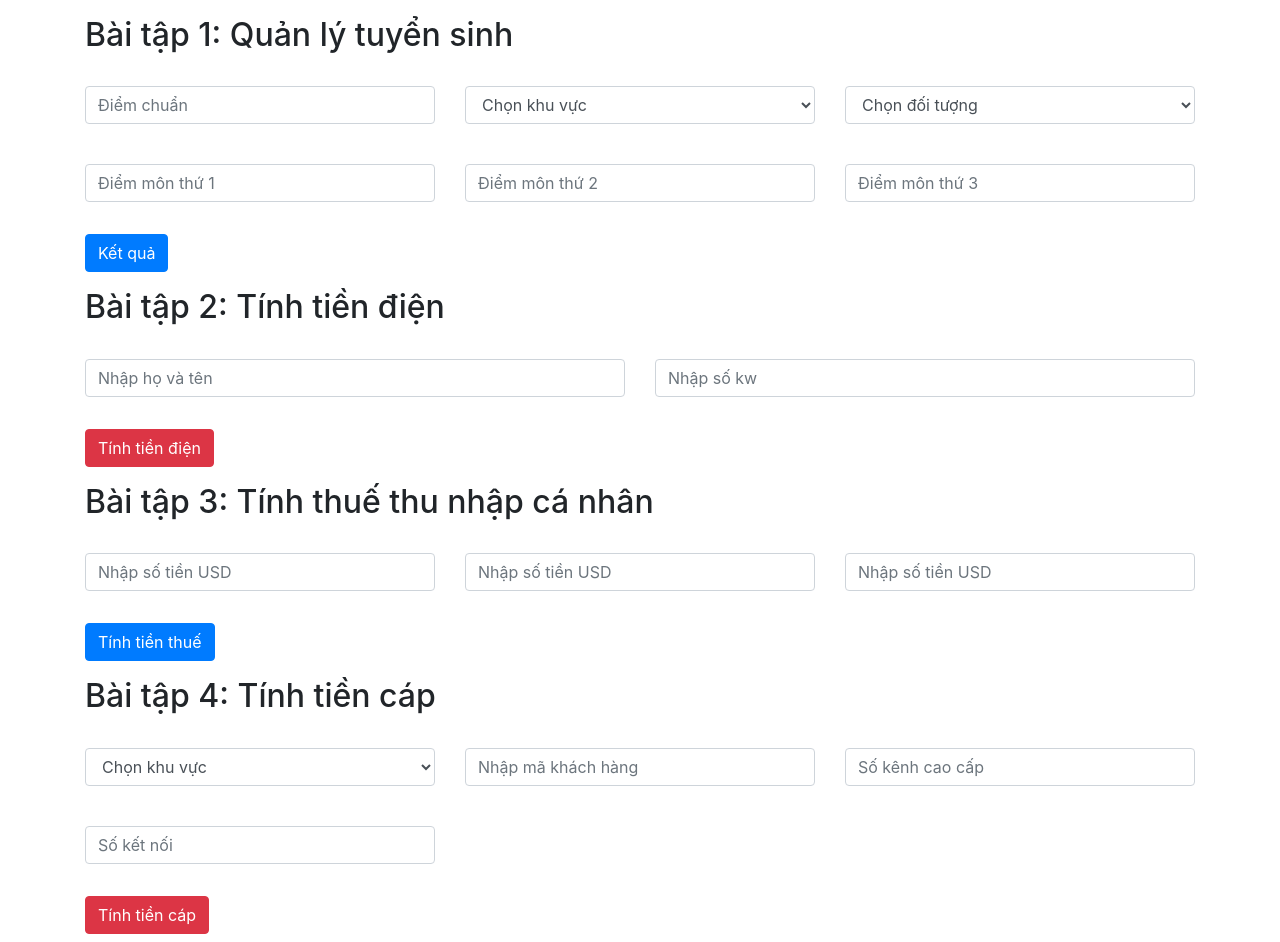
Repository: thanhfrankie/BC10-LeMinhThanh-Js-b5
Page: index.html
The author's editor kept a copy of each file at every save. The page is drawn from the files as they stood at one save, then again after a run of saves.
The browser window is 1280 px wide. The pictures show the whole page.

Above is the page before, as saved 2023-12-24 01:25:30.

### index.html
<!DOCTYPE html>
<html lang="en">
  <head>
    <title>Title</title>
    <!-- Required meta tags -->
    <meta charset="utf-8" />
    <meta
      name="viewport"
      content="width=device-width, initial-scale=1, shrink-to-fit=no"
    />

    <!-- Bootstrap CSS -->
    <link
      rel="stylesheet"
      href="https://stackpath.bootstrapcdn.com/bootstrap/4.3.1/css/bootstrap.min.css"
      integrity="sha384-ggOyR0iXCbMQv3Xipma34MD+dH/1fQ784/j6cY/iJTQUOhcWr7x9JvoRxT2MZw1T"
      crossorigin="anonymous"
    />
  </head>
  <body>
    <!-- Bài tập 1 -->
    <div class="container">
      <h2 class="mt-3">Bài tập 1: Quản lý tuyển sinh</h2>
      <div class="row">
        <div class="col-sm-4">
          <div class="form-group">
            <label for="diem-chuan"></label>
            <input
              type="number"
              class="form-control"
              name=""
              id="diem-chuan"
              aria-describedby="helpId"
              placeholder="Điểm chuẩn"
              required
            />
          </div>
        </div>
        <div class="col-sm-4">
          <div class="form-group">
            <label for="khu-vuc"></label>
            <select class="form-control" id="khu-vuc">
              <option selected>Chọn khu vực</option>
              <option>A</option>
              <option>B</option>
              <option>C</option>
            </select>
          </div>
        </div>
        <div class="col-sm-4">
          <div class="form-group">
            <label for="doi-tuong"></label>
            <select class="form-control" id="doi-tuong">
              <option selected>Chọn đối tượng</option>
              <option>1</option>
              <option>2</option>
              <option>3</option>
            </select>
          </div>
        </div>
      </div>
      <div class="row">
        <div class="col-sm-4">
          <div class="form-group">
            <label for="diem-mon-thu-1"></label>
            <input
              type="number"
              class="form-control"
              name=""
              id="diem-mon-thu-1"
              aria-describedby="helpId"
              placeholder="Điểm môn thứ 1"
              required
            />
          </div>
        </div>
        <div class="col-sm-4">
          <div class="form-group">
            <label for="diem-mon-thu-2"></label>
            <input
              type="number"
              class="form-control"
              name=""
              id="diem-mon-thu-2"
              aria-describedby="helpId"
              placeholder="Điểm môn thứ 2"
              required
            />
          </div>
        </div>
        <div class="col-sm-4">
          <div class="form-group">
            <label for="diem-mon-thu-3"></label>
            <input
              type="number"
              class="form-control"
              name=""
              id="diem-mon-thu-3"
              aria-describedby="helpId"
              placeholder="Điểm môn thứ 3"
              required
            />
          </div>
        </div>
      </div>
      <button
        type="button"
        onclick="tuyenSinh()"
        class="btn btn-primary mt-3"
        id="ket-qua-tuyen-sinh"
      >
        Kết quả
      </button>
      <h3 id="ket-qua-cuoi-cung" class="text-success"></h3>
    </div>
    <!-- Bài tập 2 -->
    <div class="container">
      <h2 class="mt-3">Bài tập 2: Tính tiền điện</h2>
      <div class="row">
        <div class="col-sm-6">
          <div class="form-group">
            <label for="ho-ten"></label>
            <input
              type="text"
              class="form-control"
              name=""
              id="ho-ten"
              aria-describedby="helpId"
              placeholder="Nhập họ và tên"
              required
            />
          </div>
        </div>
        <div class="col-sm-6">
          <div class="form-group">
            <label for="so-kw"></label>
            <input
              type="number"
              class="form-control"
              name=""
              id="so-kw"
              aria-describedby="helpId"
              placeholder="Nhập số kw"
              required
            />
          </div>
        </div>
      </div>
      <button type="button" onclick="tinhTienDien()" class="btn btn-danger mt-3">
        Tính tiền điện
      </button>

      <h3 id="thong-tin-hoa-don" class="text-success"></h3>
    </div>
    <!-- Bài tập 3-->
    <div class="container">
      <h2 class="mt-3">Bài tập 3: Tính thuế thu nhập cá nhân</h2>
      <div class="row">
        <div class="col-sm-4">
          <div class="form-group">
            <label for="so-luong-USD"></label>
            <input
              type="text"
              class="form-control"
              name=""
              id="so-luong-USD"
              aria-describedby="helpId"
              placeholder="Nhập số tiền USD"
              required
            />
          </div>
        </div>
        <div class="col-sm-4">
          <div class="form-group">
            <label for="so-luong-USD"></label>
            <input
              type="number"
              class="form-control"
              name=""
              id="so-luong-USD"
              aria-describedby="helpId"
              placeholder="Nhập số tiền USD"
              required
            />
          </div>
        </div>
        <div class="col-sm-4">
          <div class="form-group">
            <label for="so-luong-USD"></label>
            <input
              type="number"
              class="form-control"
              name=""
              id="so-luong-USD"
              aria-describedby="helpId"
              placeholder="Nhập số tiền USD"
              required
            />
          </div>
        </div>
      </div>
      <button type="button" onclick="quyDoiTien()" class="btn btn-primary mt-3">
        Tính tiền thuế
      </button>
      <h3 id="so-luong-VND" class="text-success"></h3>
    </div>
    <!-- Bài tập 4-->
    <div class="container">
      <h2 class="mt-3">Bài tập 4: Tính tiền cáp</h2>
      <div class="row">
        <div class="col-sm-4">
          <div class="form-group">
            <label for="khu-vuc"></label>
            <select class="form-control" id="khu-vuc">
              <option selected>Chọn khu vực</option>
              <option>Nhà Dân</option>
              <option>Doanh Nghiệp</option>
            </select>
          </div>
        </div>
        <div class="col-sm-4">
          <div class="form-group">
            <label for="ma-khach-hang"></label>
            <input
              type="text"
              class="form-control"
              name=""
              id="ma-khach-hang"
              aria-describedby="helpId"
              placeholder="Nhập mã khách hàng"
              required
            />
          </div>
        </div>
        <div class="col-sm-4">
          <div class="form-group">
            <label for="kenh-cao-cap"></label>
            <input
              type="number"
              class="form-control"
              name=""
              id="kenh-cao-cap"
              aria-describedby="helpId"
              placeholder="Số kênh cao cấp"
              required
            />
          </div>
        </div>
        <div class="col-sm-4">
          <div class="form-group">
            <label for="so-ket-noi"></label>
            <input
              type="number"
              class="form-control"
              name=""
              id="so-ket-noi"
              aria-describedby="helpId"
              placeholder="Số kết nối"
              required
            />
          </div>
        </div>
      </div>
      <button type="button" onclick="quyDoiTien()" class="btn btn-danger mt-3">
        Tính tiền cáp
      </button>

      <h3 id="so-luong-VND" class="text-success"></h3>
    </div>

    <!-- Optional JavaScript -->
    <!-- jQuery first, then Popper.js, then Bootstrap JS -->
    <script
      src="https://code.jquery.com/jquery-3.3.1.slim.min.js"
      integrity="sha384-q8i/X+965DzO0rT7abK41JStQIAqVgRVzpbzo5smXKp4YfRvH+8abtTE1Pi6jizo"
      crossorigin="anonymous"
    ></script>
    <script
      src="https://cdnjs.cloudflare.com/ajax/libs/popper.js/1.14.7/umd/popper.min.js"
      integrity="sha384-UO2eT0CpHqdSJQ6hJty5KVphtPhzWj9WO1clHTMGa3JDZwrnQq4sF86dIHNDz0W1"
      crossorigin="anonymous"
    ></script>
    <script
      src="https://stackpath.bootstrapcdn.com/bootstrap/4.3.1/js/bootstrap.min.js"
      integrity="sha384-JjSmVgyd0p3pXB1rRibZUAYoIIy6OrQ6VrjIEaFf/nJGzIxFDsf4x0xIM+B07jRM"
      crossorigin="anonymous"
    ></script>
    <script src="./index.js"></script>
  </body>
</html>

### index.js
// Bài tập 1
/**
 * B1: tạo biến, lấy giá trị từ input
 * B2: Xét các trường hợp
 * + nếu có môn điểm 0 => rớt
 * + chọn điểm chuẩn: ví dụ: 25
 * + tính điểm ưu tiên
 * + tính điểm tổng kết = tổng 3 môn thi + điểm ưu tiên
 * + so sánh điểm tổng kết và điểm chuẩn để kết luận đậu hay rớt
 * + gán sự kiện cho button
 * B3: hiển thị kết quả
 */
function tuyenSinh() {
  var diemChuan = document.getElementById("diem-chuan").value * 1;
  var diemMon1 = document.getElementById("diem-mon-thu-1").value * 1;
  var diemMon2 = document.getElementById("diem-mon-thu-2").value * 1;
  var diemMon3 = document.getElementById("diem-mon-thu-3").value * 1;
  var tongDiem3Mon = diemMon1 + diemMon2 + diemMon3;
  var khuVucA = 2;
  var khuVucB = 1;
  var khuVucC = 0.5;
  var doiTuong1 = 2.5;
  var doiTuong2 = 1.5;
  var doiTuong3 = 1;
  var isKhuVucUuTien = true;
  var isDoiTuongUuTien = true;
  var diemKhuVuc = document.getElementById("khu-vuc").value;
  var diemDoiTuong = document.getElementById("doi-tuong").value * 1;
  var diemUuTien;
  var diemTongKet;
  var ketQua = document.getElementById("ket-qua-cuoi-cung");

  if (diemMon1 || diemMon2 || diemMon3 == 0) {
    ketQua.innerText = `Kết quả: Rớt!!!`;
  }

  if (!isDoiTuongUuTien && !isKhuVucUuTien) {
    diemUuTien === 0;
    diemTongKet = tongDiem3Mon;
    if (diemTongKet < diemChuan) {
      ketQua.innerText = `Kết quả: ${diemTongKet} - Rớt!!!`;
    }
    ketQua.innerText = `Kết quả: ${diemTongKet} - Đậu `;
  }
  if (!isDoiTuongUuTien && isKhuVucUuTien) {
    if (diemKhuVuc == "A") {
      diemKhuVuc = khuVucA;
      diemUuTien = diemKhuVuc;
      diemTongKet = tongDiem3Mon + diemUuTien;
      if (diemTongKet < diemChuan) {
        ketQua.innerText = `Kết quả: ${diemTongKet} - Rớt!!!`;
      }
      ketQua.innerText = `Kết quả: ${diemTongKet} - Đậu `;
    }
    if (diemKhuVuc == "B") {
      diemKhuVuc = khuVucB;
      diemUuTien = diemKhuVuc;
      diemTongKet = tongDiem3Mon + diemUuTien;
      if (diemTongKet < diemChuan) {
        ketQua.innerText = `Kết quả: ${diemTongKet} - Rớt!!!`;
      }
      ketQua.innerText = `Kết quả: ${diemTongKet} - Đậu `;
    }
    if (diemKhuVuc == "C") {
      diemKhuVuc = khuVucC;
      diemUuTien = diemKhuVuc;
      diemTongKet = tongDiem3Mon + diemUuTien;
      if (diemTongKet < diemChuan) {
        ketQua.innerText = `Kết quả: ${diemTongKet} - Rớt!!!`;
      }
      ketQua.innerText = `Kết quả: ${diemTongKet} - Đậu `;
    }
  }
  if (isDoiTuongUuTien && !isKhuVucUuTien) {
    if (diemDoiTuong == "1") {
      diemDoiTuong = doiTuong1;
      diemUuTien = diemDoiTuong;
      diemTongKet = tongDiem3Mon + diemUuTien;
      if (diemTongKet < diemChuan) {
        ketQua.innerText = `Kết quả: ${diemTongKet} - Rớt!!!`;
      }
      ketQua.innerText = `Kết quả: ${diemTongKet} - Đậu `;
    }
    if (diemDoiTuong == "2") {
      diemDoiTuong = doiTuong2;
      diemUuTien = diemDoiTuong;
      diemTongKet = tongDiem3Mon + diemUuTien;
      if (diemTongKet < diemChuan) {
        ketQua.innerText = `Kết quả: ${diemTongKet} - Rớt!!!`;
      }
      ketQua.innerText = `Kết quả: ${diemTongKet} - Đậu `;
    }
    if (diemDoiTuong == "3") {
      diemDoiTuong = doiTuong3;
      diemUuTien = diemDoiTuong;
      diemTongKet = tongDiem3Mon + diemUuTien;
      if (diemTongKet < diemChuan) {
        ketQua.innerText = `Kết quả: ${diemTongKet} - Rớt!!!`;
      }
      ketQua.innerText = `Kết quả: ${diemTongKet} - Đậu `;
    }
  }
  if (isDoiTuongUuTien && isKhuVucUuTien) {
    if (diemDoiTuong == 1 && diemKhuVuc == "A") {
      diemUuTien = doiTuong1 + khuVucA;
      diemTongKet = tongDiem3Mon + diemUuTien;
      if (diemTongKet < diemChuan) {
        ketQua.innerText = `Kết quả: ${diemTongKet} - Rớt!!!`;
      }
      ketQua.innerText = `Kết quả: ${diemTongKet} - Đậu `;
    }
    if (diemDoiTuong == 1 && diemKhuVuc == "B") {
      diemUuTien = doiTuong1 + khuVucB;
      diemTongKet = tongDiem3Mon + diemUuTien;
      if (diemTongKet < diemChuan) {
        ketQua.innerText = `Kết quả: ${diemTongKet} - Rớt!!!`;
      }
      ketQua.innerText = `Kết quả: ${diemTongKet} - Đậu `;
    }
    if (diemDoiTuong == 1 && diemKhuVuc == "C") {
      diemUuTien = doiTuong1 + khuVucC;
      diemTongKet = tongDiem3Mon + diemUuTien;
      if (diemTongKet < diemChuan) {
        ketQua.innerText = `Kết quả: ${diemTongKet} - Rớt!!!`;
      }
      ketQua.innerText = `Kết quả: ${diemTongKet} - Đậu `;
    }
    if (diemDoiTuong == 2 && diemKhuVuc == "A") {
      diemUuTien = doiTuong2 + khuVucA;
      diemTongKet = tongDiem3Mon + diemUuTien;
      if (diemTongKet < diemChuan) {
        ketQua.innerText = `Kết quả: ${diemTongKet} - Rớt!!!`;
      }
      ketQua.innerText = `Kết quả: ${diemTongKet} - Đậu `;
    }
    if (diemDoiTuong == 2 && diemKhuVuc == "B") {
      diemUuTien = doiTuong2 + khuVucB;

      if (diemTongKet < diemChuan) {
        ketQua.innerText = `Kết quả: ${diemTongKet} - Rớt!!!`;
      }
      ketQua.innerText = `Kết quả: ${diemTongKet} - Đậu `;
    }
    if (diemDoiTuong == 2 && diemKhuVuc == "C") {
      diemUuTien = doiTuong2 + khuVucC;
      diemTongKet = tongDiem3Mon + diemUuTien;
      if (diemTongKet < diemChuan) {
        ketQua.innerText = `Kết quả: ${diemTongKet} - Rớt!!!`;
      }
      ketQua.innerText = `Kết quả: ${diemTongKet} - Đậu `;
    }
    if (diemDoiTuong == 3 && diemKhuVuc == "A") {
      diemUuTien = doiTuong2 + khuVucC;
      diemTongKet = tongDiem3Mon + diemUuTien;
      if (diemTongKet < diemChuan) {
        ketQua.innerText = `Kết quả: ${diemTongKet} - Rớt!!!`;
      }
      ketQua.innerText = `Kết quả: ${diemTongKet} - Đậu `;
    }
    if (diemDoiTuong == 3 && diemKhuVuc == "B") {
      diemUuTien = doiTuong2 + khuVucB;
      diemTongKet = tongDiem3Mon + diemUuTien;
      if (diemTongKet < diemChuan) {
        ketQua.innerText = `Kết quả: ${diemTongKet} - Rớt!!!`;
      }
      ketQua.innerText = `Kết quả: ${diemTongKet} - Đậu `;
    }
    if (diemDoiTuong == 3 && diemKhuVuc == "C") {
      diemUuTien = doiTuong3 + khuVucC;
      diemTongKet = tongDiem3Mon + diemUuTien;
      if (diemTongKet < diemChuan) {
        ketQua.innerText = `Kết quả: ${diemTongKet} - Rớt!!!`;
      }
      ketQua.innerText = `Kết quả: ${diemTongKet} - Đậu `;
    }
  }
}

// Bài tập 2
/**
 * B1: tạo biến, lấy giá trị từ input
 * B2: Tính tiền điện
 * + tạo biến để tính số tiền điện theo kw
 * + xét các trường hợp tiêu thụ điện và tính số tiền tương ứng
 * + gán sự kiện click cho button
 * B3: hiển thị kết quả
 */
function tinhTienDien() {
  var hoTen = document.getElementById("ho-ten").value;
  var soKw = document.getElementById("so-kw").value * 1;
  var ketQua = document.getElementById("thong-tin-hoa-don");
  var tienPhaiTra;
  if (soKw <= 50) {
      tienPhaiTra = soKw * 500;
      return ketQua.innerText = `Họ tên: ${hoTen}, Tiền điện: ${tienPhaiTra}`;
    }
  if (50 < soKw <= 100) {
    tienPhaiTra = 50*500 + (soKw-50) * 650;
     return ketQua.innerText = `Họ tên: ${hoTen}, Tiền điện: ${tienPhaiTra}`;
  }
  if (100 < soKw <= 200) {
    tienPhaiTra = 50*500 + 50*650 + (soKw -100) * 850;
   return ketQua.innerText = `Họ tên: ${hoTen}, Tiền điện: ${tienPhaiTra}`;
  }
  if (200 < soKw <= 350) {
    tienPhaiTra = 50*500 + 50*650 + 100*850 + (soKw-200) * 1100;
     return ketQua.innerText = `Họ tên: ${hoTen}, Tiền điện: ${tienPhaiTra}`;

  }
  if (soKw > 350) {
    tienPhaiTra = 50*500 + 50*650 + 100*850 + 150*1100+ (soKw-350) * 1300;
     return ketQua.innerText = `Họ tên: ${hoTen}, Tiền điện: ${tienPhaiTra}`;
}


}

// Bài tập 3
/**
 * B1: tạo biến, lấy giá trị từ input
 * B2: Tính thuế thu nhập cá nhân
 * + tạo biến để tính lương: lương 1 ngày * số ngày làm
 * + gán sự kiện click cho button
 * B3: hiển thị kết quả
 */


// Bài tập 4
/**
 * B1: tạo biến, lấy giá trị từ input
 * B2: Tính tiền cáp
 * + xét các trường hợp nhà dân, doanh nghiệp
 * + gán sự kiện click cho button
 * B3: hiển thị kết quả
 */
var khachHang = document.getElementById("khu-vuc").value
var soKetNoi = document.getElementById("so-ket-noi")
if (khachHang === "Doanh Nghiệp") {
  soKetNoi.style.display = "block"
}

After the next 3 saves:
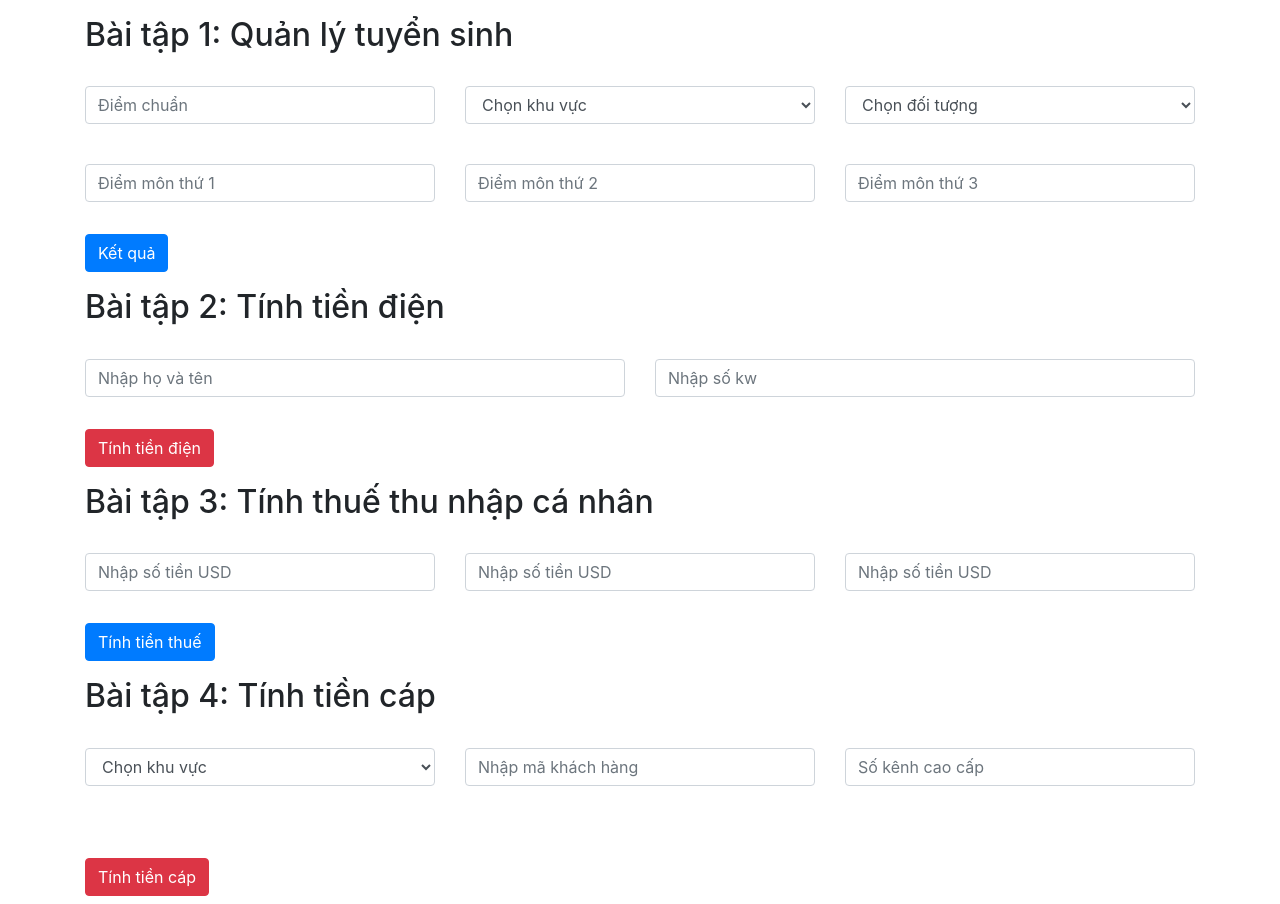
The 3 saves are shown as one change because they came seconds apart.
The last was saved 23 s later.
--- a/index.html
+++ b/index.html
@@ -250,6 +250,7 @@
           <div class="form-group">
             <label for="so-ket-noi"></label>
             <input
+              style="display: none;"
               type="number"
               class="form-control"
               name=""
